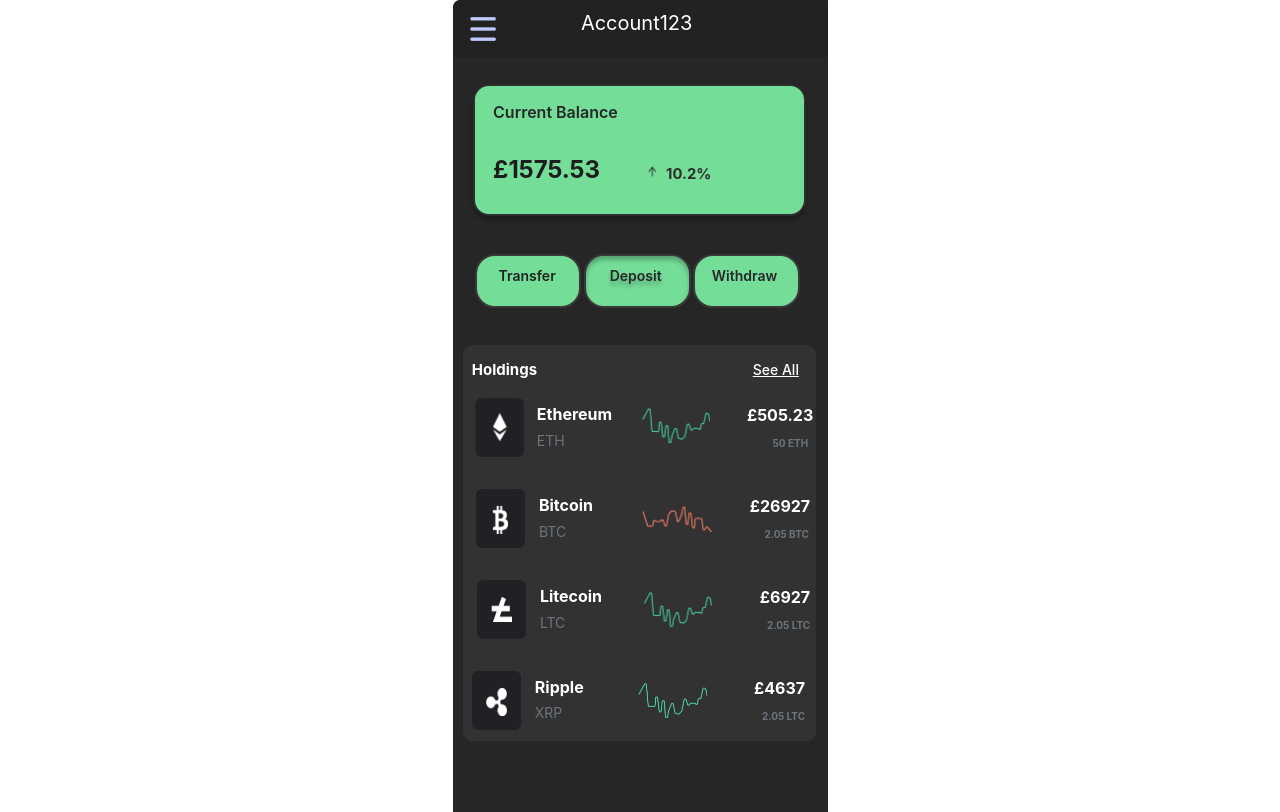
Repository: krishbains/CryptoWallet
Page: /
An editor plug-in stored every save of this project. The page is shown before and after the next save, followed by the edit.
The browser window is 1280 px wide. The pictures show the whole page.
The project was rebuilt for these pictures with package versions that can differ from the ones it lists, and the page was loaded fresh each time.

Above is the page before, as saved 2024-03-28 15:46:23.

### src/App.js
import './App.css';
import BasePage from './components/basepage/basepage';
// import StartingPage from './components/startingpage/startingpage';

function App() {
  return (
    <div className="App">
      <BasePage/>
      {/* <StartingPage/> */}
    </div>
  );
}

export default App;

### src/components/basepage/basepage.jsx
import React from 'react';
import "./base_page.css"

export default function BasePage() {
  return (
    <div className='main-container'>
      <div className='main-frame-background'>
        <div className='account-bar'>
          <span className='account'>Account123</span>
          <div className='vector' />
        </div>
        <div className='rectangle'>
          <div className='flex-column-be'>
            <span className='current-balance'>Current Balance</span>
            <span className='currency'>£1575.53</span>
          </div>
          <span className='percentage'>10.2%</span>
          <div className='arrow-up' />
        </div>
        <div className='flex-row-afb'>
          <div className='transfer-button'>
            <span className='transfer'>Transfer</span>
          </div>
          <div className='deposit-button'>
            <span className='deposit'>Deposit</span>
          </div>
          <div className='receive-button'>
            <span className='withdraw'>Withdraw</span>
          </div>
        </div>
        <div className='holdings-background'>
          <div className='flex-row'>
            <span className='holdings'>Holdings</span>
            <span className='see-all'>See All</span>
          </div>
          <div className='flex-row-fa'>
            <div className='eth-icon' />
            <span className='pound-amount'>£505.23</span>
            <span className='ethereum'>Ethereum</span>
            <div className='graph-eth' />
            <span className='eth'>ETH</span>
            <span className='eth-amount'>50 ETH</span>
          </div>
          <div className='flex-row-eed'>
            <div className='rectangle-1'>
              <div className='bitcoin-logo'>
                <div className='group'>
                  <div className='vector-2' />
                </div>
              </div>
            </div>
            <span className='pound-amount-3'>£26927</span>
            <span className='bitcoin'>Bitcoin</span>
            <div className='graph-btc' />
            <span className='btc'>BTC</span>
            <span className='btc-amount'>2.05 BTC</span>
          </div>
          <div className='flex-row-d'>
            <div className='rectangle-4'>
              <div className='vector-5' />
            </div>
            <span className='pound'>£6927</span>
            <span className='bitcoin-litecoin'>Litecoin</span>
            <div className='graph-eth-6' />
            <span className='ltc'>LTC</span>
            <span className='ltc-amount'>2.05 LTC</span>
          </div>
          <div className='flex-row-cdef'>
            <div className='rectangle-7'>
              <div className='xrp-alt'>
                <div className='xrp' />
              </div>
            </div>
            <span className='pound-8'>£4637</span>
            <span className='ripple'>Ripple</span>
            <div className='graph-eth-9' />
            <span className='btc-a'>XRP</span>
            <span className='ltc-b'>2.05 LTC</span>
          </div>
        </div>
      </div>
    </div>
  );
}

### src/components/basepage/base_page.css
:root {
  --default-font-family: -apple-system, BlinkMacSystemFont, "Segoe UI", Roboto,
    Ubuntu, "Helvetica Neue", Helvetica, Arial, "PingFang SC",
    "Hiragino Sans GB", "Microsoft Yahei UI", "Microsoft Yahei",
    "Source Han Sans CN", sans-serif;
}

.main-container {
  overflow: hidden;
}

.main-container,
.main-container * {
  box-sizing: border-box;
}

input,
select,
textarea,
button {
  outline: 0;
}

.main-container {
  position: relative;
  width: 375px;
  height: 812px;
  margin: 0 auto;
}
.main-frame-background {
  position: relative;
  width: 390px;
  height: 844px;
  margin: 0 0 0 0;
  background: #262626;
  z-index: 1;
  overflow: visible auto;
  border-radius: 7px;
}
.account-bar {
  position: relative;
  width: 375px;
  height: 58px;
  margin: 0 0 0 0;
  background: #222222;
  z-index: 3;
  border-radius: 7px 7px 0 0;
}
.account {
  display: flex;
  align-items: flex-start;
  justify-content: flex-start;
  position: absolute;
  height: 47.455px;
  top: 5.273px;
  left: 128.397px;
  color: #ffffff;
  font-family: Kantumruy, var(--default-font-family);
  font-size: 20px;
  font-weight: 400;
  line-height: 36.133px;
  text-align: left;
  white-space: nowrap;
  z-index: 4;
}
.vector {
  position: absolute;
  width: 7.07%;
  height: 40.91%;
  top: 29.55%;
  left: 4.62%;
  background: url(../assets/images/45246d70-5334-4404-8daa-30d76e51f1e5.png)
    no-repeat center;
  background-size: 100% 100%;
  z-index: 6;
}
.rectangle {
  position: relative;
  width: 333.22px;
  height: 131.818px;
  margin: 26.364px 0 0 20.38px;
  background: #74dd98;
  border: 2px solid #2e2e2e;
  z-index: 60;
  border-radius: 16px;
  box-shadow: 0 4px 4px 0 rgba(0, 0, 0, 0.25);
}
.flex-column-be {
  position: absolute;
  width: 40.67%;
  height: 76%;
  top: 10.48%;
  left: 5.52%;
  font-size: 0px;
  z-index: 65;
}
.current-balance {
  display: block;
  position: relative;
  height: 31.636px;
  margin: 0 0 0 0;
  color: #272727;
  font-family: Poppins, var(--default-font-family);
  font-size: 16px;
  font-weight: 600;
  line-height: 24px;
  text-align: left;
  white-space: nowrap;
  z-index: 65;
}
.currency {
  display: block;
  position: relative;
  height: 47.455px;
  margin: 21.091px 0 0 0;
  color: #1d1d1d;
  font-family: Poppins, var(--default-font-family);
  font-size: 24px;
  font-weight: 700;
  line-height: 36px;
  text-align: left;
  white-space: nowrap;
  z-index: 64;
}
.percentage {
  display: flex;
  align-items: center;
  justify-content: flex-start;
  position: absolute;
  height: 23.727px;
  top: 77.091px;
  right: 92.769px;
  color: #2e2e2e;
  font-family: Inter, var(--default-font-family);
  font-size: 14.819188117980957px;
  font-weight: 700;
  line-height: 17.935px;
  text-align: left;
  white-space: nowrap;
  z-index: 62;
}
.arrow-up {
  position: absolute;
  width: 3.68%;
  height: 12.04%;
  top: 60.34%;
  left: 52%;
  background: url(../assets/images/10aa10bc-5b7c-4b32-8284-2e646e5b7f8e.png)
    no-repeat center;
  background-size: 100% 100%;
  z-index: 63;
  overflow: hidden;
  border-radius: 16px;
}
.flex-row-afb {
  display: flex;
  align-items: center;
  justify-content: space-between;
  position: relative;
  width: 324.736px;
  height: 50.091px;
  margin: 39.545px 0 0 22.418px;
  z-index: 57;
}
.transfer-button {
  flex-shrink: 0;
  position: relative;
  width: 102.589px;
  height: 50.091px;
  background: #74dd98;
  border: 2px solid #393939;
  z-index: 57;
  border-radius: 20px;
  box-sizing: content-box;
}
.transfer {
  display: flex;
  align-items: flex-start;
  justify-content: flex-start;
  position: absolute;
  height: 25.045px;
  top: 11.864px;
  left: 21.702px;
  color: #222222;
  font-family: Inter, var(--default-font-family);
  font-size: 14px;
  font-weight: 600;
  line-height: 16.943px;
  text-align: left;
  white-space: nowrap;
  z-index: 58;
}
.deposit-button {
  flex-shrink: 0;
  position: relative;
  width: 102.589px;
  height: 50.091px;
  background: #74dd98;
  border: 2px solid #393939;
  z-index: 54;
  border-radius: 20px;
  box-sizing: content-box;
  box-shadow: 0 4px 4px 0 rgba(0, 0, 0, 0.25) inset;
}
.deposit {
  display: flex;
  align-items: flex-start;
  justify-content: flex-start;
  position: absolute;
  height: 25.045px;
  top: 11.864px;
  left: 23.674px;
  color: #28272a;
  font-family: Inter, var(--default-font-family);
  font-size: 14px;
  font-weight: 600;
  line-height: 16.943px;
  text-align: left;
  white-space: nowrap;
  z-index: 55;
  text-shadow: 0 4px 4px rgba(0, 0, 0, 0.25);
}
.receive-button {
  flex-shrink: 0;
  position: relative;
  width: 102.589px;
  height: 50.091px;
  background: #74dd98;
  border: 2px solid #393939;
  z-index: 51;
  border-radius: 20px;
  box-sizing: content-box;
}
.withdraw {
  display: flex;
  align-items: flex-start;
  justify-content: flex-start;
  position: absolute;
  height: 25.045px;
  top: 11.864px;
  left: 16.77px;
  color: #28272a;
  font-family: Inter, var(--default-font-family);
  font-size: 14px;
  font-weight: 600;
  line-height: 16.943px;
  text-align: left;
  white-space: nowrap;
  z-index: 52;
}
.holdings-background {
  position: relative;
  width: 353.601px;
  height: 395.455px;
  margin: 39.545px 0 0 10.19px;
  background: url(../assets/images/080edce0-6464-4538-901a-cff2fcb1b786.png)
    no-repeat center;
  background-size: cover;
  z-index: 46;
  overflow: visible auto;
}
.flex-row {
  display: flex;
  align-items: center;
  justify-content: space-between;
  position: relative;
  width: 327.106px;
  height: 26.364px;
  margin: 14.5px 0 0 9.171px;
  z-index: 48;
}
.holdings {
  flex-shrink: 0;
  position: relative;
  height: 26.364px;
  color: #ffffff;
  font-family: Poppins, var(--default-font-family);
  font-size: 15px;
  font-weight: 700;
  line-height: 20px;
  text-align: left;
  white-space: nowrap;
  z-index: 48;
}
.see-all {
  flex-shrink: 0;
  position: relative;
  height: 21.091px;
  color: #ffffff;
  font-family: Poppins, var(--default-font-family);
  font-size: 14px;
  font-weight: 500;
  line-height: 16px;
  text-align: left;
  text-decoration: underline;
  white-space: nowrap;
  z-index: 47;
}
.flex-row-fa {
  position: relative;
  width: 338.315px;
  height: 59.318px;
  margin: 11.864px 0 0 12.228px;
  z-index: 45;
}
.eth-icon {
  position: absolute;
  width: 14.46%;
  height: 100%;
  top: 0;
  left: 0;
  background: url(../assets/images/b7ec6f21-89a5-45ad-a6ac-5ef64cc5c58f.png)
    no-repeat center;
  background-size: 100% 100%;
  z-index: 44;
}
.pound-amount {
  display: flex;
  align-items: center;
  justify-content: flex-start;
  position: absolute;
  height: 31.636px;
  top: 1.318px;
  right: 0;
  color: #ffffff;
  font-family: Poppins, var(--default-font-family);
  font-size: 16px;
  font-weight: 700;
  line-height: 24px;
  text-align: left;
  white-space: nowrap;
  z-index: 41;
}
.ethereum {
  display: flex;
  align-items: flex-start;
  justify-content: flex-start;
  position: absolute;
  height: 53.33%;
  top: 6.67%;
  left: 18.31%;
  color: #ffffff;
  font-family: Poppins, var(--default-font-family);
  font-size: 16px;
  font-weight: 700;
  line-height: 24px;
  text-align: left;
  white-space: nowrap;
  z-index: 43;
}
.graph-eth {
  position: absolute;
  width: 68.054px;
  height: 34.744px;
  top: 10.34px;
  left: 167.178px;
  background: url(../assets/images/f28026c0-2074-47fa-8fcf-f2ae30d66aa1.png)
    no-repeat center;
  background-size: cover;
  z-index: 45;
}
.eth {
  display: flex;
  align-items: flex-start;
  justify-content: flex-start;
  position: absolute;
  height: 46.67%;
  top: 53.33%;
  left: 18.31%;
  color: #6c757d;
  font-family: Poppins, var(--default-font-family);
  font-size: 14px;
  font-weight: 400;
  line-height: 21px;
  text-align: left;
  white-space: nowrap;
  z-index: 42;
}
.eth-amount {
  display: flex;
  align-items: center;
  justify-content: flex-start;
  position: absolute;
  height: 19.773px;
  top: 35.591px;
  right: 5.095px;
  color: #6c757d;
  font-family: Poppins, var(--default-font-family);
  font-size: 10px;
  font-weight: 700;
  line-height: 15px;
  text-align: left;
  white-space: nowrap;
  z-index: 40;
}
.flex-row-eed {
  position: relative;
  width: 334.239px;
  height: 59.318px;
  margin: 31.636px 0 0 13.247px;
  z-index: 35;
}
.rectangle-1 {
  position: absolute;
  width: 48.913px;
  height: 59.318px;
  top: 0;
  left: 0;
  background: #212125;
  z-index: 34;
  border-radius: 6px;
}
.bitcoin-logo {
  position: relative;
  width: 22.418px;
  height: 29px;
  margin: 15.818px 0 0 13.247px;
  z-index: 36;
  overflow: hidden;
}
.group {
  position: relative;
  width: 16.199px;
  height: 29px;
  margin: 0 0 0 3.109px;
  z-index: 37;
}
.vector-2 {
  position: absolute;
  width: 100%;
  height: 100%;
  top: 0;
  left: 0;
  background: url(../assets/images/91116894-a53a-42bc-a648-6d4736a95ef9.png)
    no-repeat center;
  background-size: 100% 100%;
  z-index: 38;
}
.pound-amount-3 {
  display: flex;
  align-items: center;
  justify-content: flex-start;
  position: absolute;
  height: 31.636px;
  top: 1.318px;
  right: 0;
  color: #ffffff;
  font-family: Poppins, var(--default-font-family);
  font-size: 16px;
  font-weight: 700;
  line-height: 24px;
  text-align: left;
  white-space: nowrap;
  z-index: 29;
}
.bitcoin {
  display: flex;
  align-items: flex-start;
  justify-content: flex-start;
  position: absolute;
  height: 53.33%;
  top: 6.67%;
  left: 18.85%;
  color: #ffffff;
  font-family: Poppins, var(--default-font-family);
  font-size: 16px;
  font-weight: 700;
  line-height: 24px;
  text-align: left;
  white-space: nowrap;
  z-index: 32;
}
.graph-btc {
  position: absolute;
  width: 69.773px;
  height: 25.811px;
  top: 16.871px;
  left: 166.11px;
  background: url(../assets/images/b357d26c-909c-44e7-9281-c4edeaf9df15.png)
    no-repeat center;
  background-size: cover;
  z-index: 35;
}
.btc {
  display: flex;
  align-items: flex-start;
  justify-content: flex-start;
  position: absolute;
  height: 46.67%;
  top: 53.33%;
  left: 18.85%;
  color: #6c757d;
  font-family: Poppins, var(--default-font-family);
  font-size: 14px;
  font-weight: 400;
  line-height: 21px;
  text-align: left;
  white-space: nowrap;
  z-index: 31;
}
.btc-amount {
  display: flex;
  align-items: center;
  justify-content: flex-start;
  position: absolute;
  height: 19.773px;
  top: 35.591px;
  right: 1.235px;
  color: #6c757d;
  font-family: Poppins, var(--default-font-family);
  font-size: 10px;
  font-weight: 700;
  line-height: 15px;
  text-align: left;
  white-space: nowrap;
  z-index: 30;
}
.flex-row-d {
  position: relative;
  width: 333.22px;
  height: 59.318px;
  margin: 31.636px 0 0 14.266px;
  z-index: 26;
}
.rectangle-4 {
  position: absolute;
  width: 48.913px;
  height: 59.318px;
  top: 0;
  left: 0;
  background: #212125;
  z-index: 26;
  border-radius: 6px;
}
.vector-5 {
  position: relative;
  width: 20.38px;
  height: 26.364px;
  margin: 15.818px 0 0 14.266px;
  background: url(../assets/images/54097542-4e6a-4b7e-aa89-15c2462a3a01.png)
    no-repeat center;
  background-size: 100% 100%;
  z-index: 27;
}
.pound {
  display: flex;
  align-items: center;
  justify-content: flex-start;
  position: absolute;
  height: 31.636px;
  top: 1.318px;
  right: 0;
  color: #ffffff;
  font-family: Poppins, var(--default-font-family);
  font-size: 16px;
  font-weight: 700;
  line-height: 24px;
  text-align: left;
  white-space: nowrap;
  z-index: 21;
}
.bitcoin-litecoin {
  display: flex;
  align-items: flex-start;
  justify-content: flex-start;
  position: absolute;
  height: 53.33%;
  top: 6.67%;
  left: 18.9%;
  color: #ffffff;
  font-family: Poppins, var(--default-font-family);
  font-size: 16px;
  font-weight: 700;
  line-height: 24px;
  text-align: left;
  white-space: nowrap;
  z-index: 24;
}
.graph-eth-6 {
  position: absolute;
  width: 68.054px;
  height: 34.744px;
  top: 12.411px;
  left: 166.619px;
  background: url(../assets/images/5a5ba27f-919b-4bf2-a698-b63f6a62aeda.png)
    no-repeat center;
  background-size: cover;
  z-index: 20;
}
.ltc {
  display: flex;
  align-items: flex-start;
  justify-content: flex-start;
  position: absolute;
  height: 46.67%;
  top: 53.33%;
  left: 18.9%;
  color: #6c757d;
  font-family: Poppins, var(--default-font-family);
  font-size: 14px;
  font-weight: 400;
  line-height: 21px;
  text-align: left;
  white-space: nowrap;
  z-index: 23;
}
.ltc-amount {
  display: flex;
  align-items: center;
  justify-content: flex-start;
  position: absolute;
  height: 19.773px;
  top: 35.591px;
  right: 0px;
  color: #6c757d;
  font-family: Poppins, var(--default-font-family);
  font-size: 10px;
  font-weight: 700;
  line-height: 15px;
  text-align: left;
  white-space: nowrap;
  z-index: 22;
}
.flex-row-cdef {
  position: relative;
  width: 333.22px;
  height: 59.318px;
  margin: 31.636px 0 0 9.171px;
  z-index: 16;
}
.rectangle-7 {
  position: absolute;
  width: 48.913px;
  height: 59.318px;
  top: 0;
  left: 0;
  background: #212125;
  z-index: 16;
  border-radius: 6px;
}
.xrp-alt {
  position: relative;
  width: 22.418px;
  height: 29px;
  margin: 15.818px 0 0 13.247px;
  z-index: 17;
  overflow: hidden;
}
.xrp {
  position: relative;
  width: 21.219px;
  height: 28.881px;
  margin: 0.12px 0 0 0.59px;
  background: url(../assets/images/051f1be4-0ac0-4825-8185-528ab2f2c210.png)
    no-repeat center;
  background-size: 100% 100%;
  z-index: 18;
}
.pound-8 {
  display: flex;
  align-items: center;
  justify-content: flex-start;
  position: absolute;
  height: 31.636px;
  top: 1.318px;
  right: 0px;
  color: #ffffff;
  font-family: Poppins, var(--default-font-family);
  font-size: 16px;
  font-weight: 700;
  line-height: 24px;
  text-align: left;
  white-space: nowrap;
  z-index: 11;
}
.ripple {
  display: flex;
  align-items: flex-start;
  justify-content: flex-start;
  position: absolute;
  height: 53.33%;
  top: 6.67%;
  left: 18.9%;
  color: #ffffff;
  font-family: Poppins, var(--default-font-family);
  font-size: 16px;
  font-weight: 700;
  line-height: 24px;
  text-align: left;
  white-space: nowrap;
  z-index: 14;
}
.graph-eth-9 {
  position: absolute;
  width: 68.054px;
  height: 34.744px;
  top: 12.411px;
  left: 166.619px;
  background: url(../assets/images/47c54188-5354-4b07-969a-d62b24e173eb.png)
    no-repeat center;
  background-size: cover;
  z-index: 10;
}
.btc-a {
  display: flex;
  align-items: flex-start;
  justify-content: flex-start;
  position: absolute;
  height: 46.67%;
  top: 53.33%;
  left: 18.9%;
  color: #6c757d;
  font-family: Poppins, var(--default-font-family);
  font-size: 14px;
  font-weight: 400;
  line-height: 21px;
  text-align: left;
  white-space: nowrap;
  z-index: 13;
}
.ltc-b {
  display: flex;
  align-items: center;
  justify-content: flex-start;
  position: absolute;
  height: 19.773px;
  top: 35.591px;
  right: 0;
  color: #6c757d;
  font-family: Poppins, var(--default-font-family);
  font-size: 10px;
  font-weight: 700;
  line-height: 15px;
  text-align: left;
  white-space: nowrap;
  z-index: 12;
}

### src/components/startingpage/startingpage.jsx
import React from 'react';
import './starting_page.css';

export default function StartingPage() {
return (
<div className='main-container'>
    <div className='main-frame-background1'>
    <div className='main-frame'>
        <span className='welcome-to'>Welcome to </span>
        <span className='crypto-wallet'>Crypto Wallet</span>
        <span className='new-wallet'>

        Create a new wallet or import one from a seed phrase.
        </span>
        <div className='new-wallet-box'>
        <span className='create-wallet'>Create a new wallet</span>
        </div>
        <div className='existing-wallet-box'>
        <span className='have-wallet'>I already have a wallet</span>
        </div>
    </div>
    </div>
</div>
);
}

### src/components/startingpage/starting_page.css
:root {
    --default-font-family: -apple-system, BlinkMacSystemFont, "Segoe UI", Roboto,
      Ubuntu, "Helvetica Neue", Helvetica, Arial, "PingFang SC",
      "Hiragino Sans GB", "Microsoft Yahei UI", "Microsoft Yahei",
      "Source Han Sans CN", sans-serif;
  }

  .main-container {
    overflow: hidden;
  }

  .main-container,
  .main-container * {
    box-sizing: border-box;
  }

  input,
  select,
  textarea,
  button {
    outline: 0;
  }

  .main-container {
    position: relative;
    width: 390px;
    height: 844px;
    margin: 0 auto;
  }
  .main-frame-background1 {
    position: absolute;
    width: 390px;
    height: 844px;
    top: 0;
    left: 0;
    background: #bfc9ff;
    z-index: 1;
    border-radius: 7px;
  }
  .main-frame {
    position: relative;
    width: 333px;
    height: 385px;
    margin: 226px 0 0 28px;
    font-size: 0px;
    background: #222222;
    z-index: 2;
    overflow: visible auto;
    border-radius: 7px;
  }
  .welcome-to {
    display: flex;
    align-items: flex-start;
    justify-content: center;
    position: relative;
    width: 103.837px;
    height: 22.803px;
    margin: 17.308px 0 0 24.374px;
    color: #999999;
    font-family: Actor, var(--default-font-family);
    font-size: 20px;
    font-weight: 400;
    line-height: 22.803px;
    text-align: center;
    white-space: nowrap;
    z-index: 11;
  }
  .crypto-wallet {
    display: block;
    position: relative;
    height: 61.757px;
    margin: 18.052px 0 0 46.553px;
    color: #ffffff;
    font-family: Kantumruy, var(--default-font-family);
    font-size: 34px;
    font-weight: 700;
    line-height: 61.426px;
    text-align: left;
    white-space: nowrap;
    z-index: 9;
  }
  .new-wallet {
    display: flex;
    align-items: flex-start;
    justify-content: center;
    position: relative;
    width: 298.406px;
    height: 43.705px;
    margin: 21.853px 0 0 21.35px;
    color: #999999;
    font-family: Actor, var(--default-font-family);
    font-size: 17px;
    font-weight: 400;
    line-height: 20.451px;
    text-align: center;
    z-index: 10;
  }
  .new-wallet-box {
    position: relative;
    width: 281px;
    height: 39px;
    margin: 79.522px 0 0 26px;
    background: #74dd98;
    z-index: 4;
    border-radius: 5px;
  }
  .create-wallet {
    display: flex;
    align-items: flex-start;
    justify-content: flex-start;
    position: absolute;
    height: 18.052px;
    top: 10.739px;
    left: 76px;
    color: #222222;
    font-family: Inter, var(--default-font-family);
    font-size: 14px;
    font-weight: 600;
    line-height: 16.943px;
    text-align: left;
    white-space: nowrap;
    z-index: 5;
  }
  .existing-wallet-box {
    position: relative;
    width: 281px;
    height: 39px;
    margin: 8px 0 0 26px;
    background: #333333;
    z-index: 7;
    border-radius: 5px;
  }
  .have-wallet {
    display: flex;
    align-items: flex-start;
    justify-content: flex-start;
    position: absolute;
    height: 18.052px;
    top: 10.295px;
    left: 65.919px;
    color: #ffffff;
    font-family: Inter, var(--default-font-family);
    font-size: 14px;
    font-weight: 600;
    line-height: 16.943px;
    text-align: left;
    white-space: nowrap;
    z-index: 8;
  }

Loaded but not shown: public/index.html (common file); src/index.js (common file); src/index.css (common file); src/reportWebVitals.js (common file); src/App.css (common file)

After the next save:
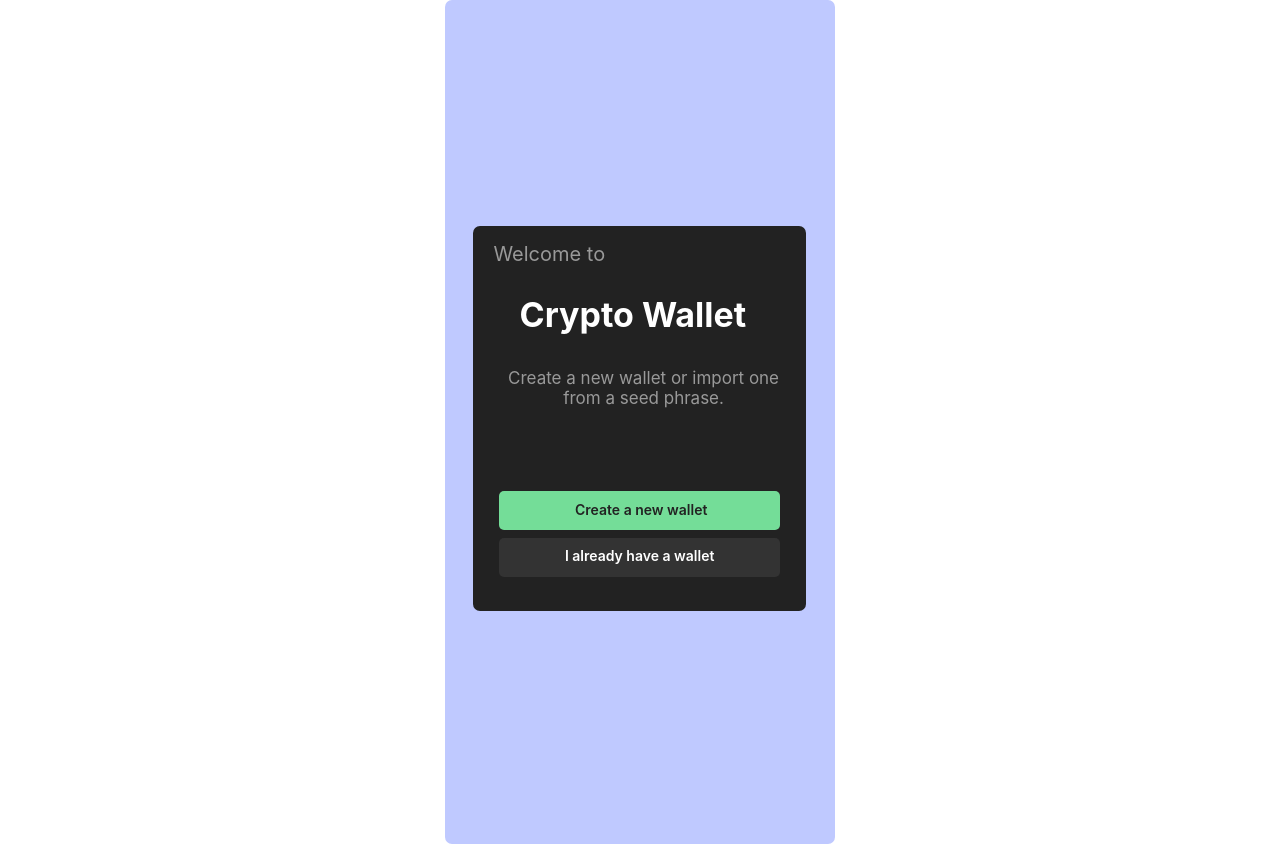
Saved 8 s later.
--- a/src/App.js
+++ b/src/App.js
@@ -1,12 +1,12 @@
 import './App.css';
 import BasePage from './components/basepage/basepage';
-// import StartingPage from './components/startingpage/startingpage';
+import StartingPage from './components/startingpage/startingpage';
 
 function App() {
   return (
     <div className="App">
-      <BasePage/>
-      {/* <StartingPage/> */}
+      {/* <BasePage/> */}
+      <StartingPage/>
     </div>
   );
 }
